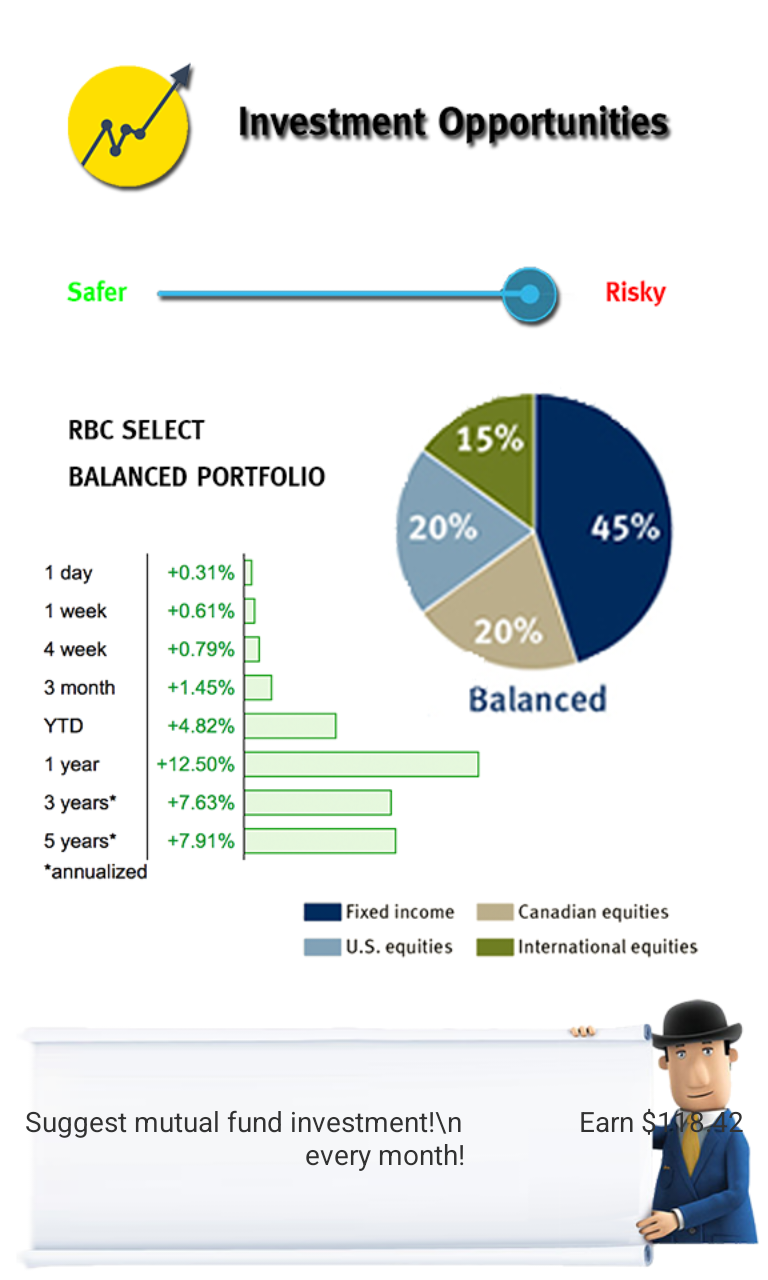
Repository: derek-zhan/RBCPrototypeChallenge
Layout: RBCPrototype/res/layout/fragment_investment.xml
These files come from the project's save history. The layout is drawn as it stood at one moment and after the next save; the edit follows.
It is drawn on a 768 x 1280 px phone screen (xhdpi) without system bars, with theme AppTheme; the app's code is not run.

Above is the layout before, as saved 2014-06-07 04:25:36.

After the next save:
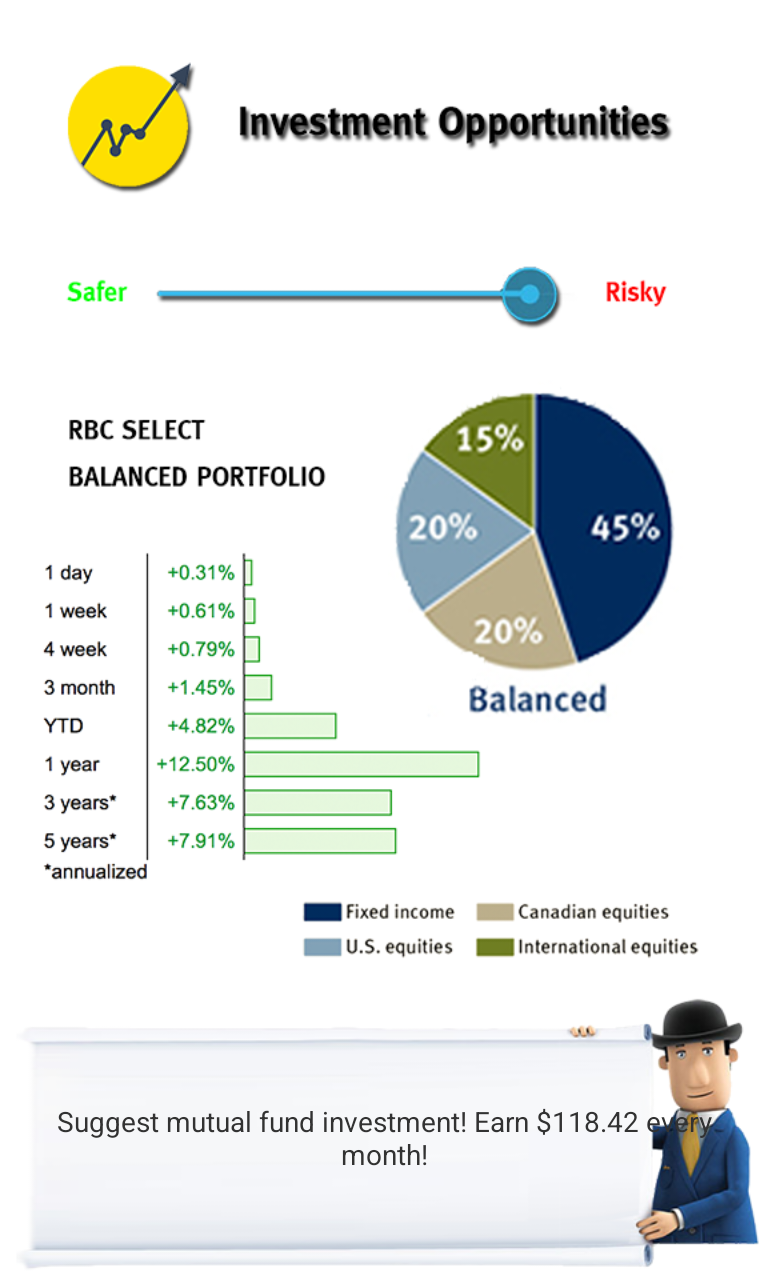
Saved 30 s later.
--- a/RBCPrototype/res/layout/fragment_investment.xml
+++ b/RBCPrototype/res/layout/fragment_investment.xml
@@ -17,8 +17,8 @@
         android:layout_alignParentBottom="true"
         android:layout_alignParentLeft="true"
         android:background="@drawable/suggestion_arbie_small"
+        android:padding="10sp"
         android:gravity="center"
-        android:text="Suggest mutual fund investment!\n
-        			  Earn $118.42 every month!" />
+        android:text="Suggest mutual fund investment! Earn $118.42 every month!" />
 
 </RelativeLayout>
